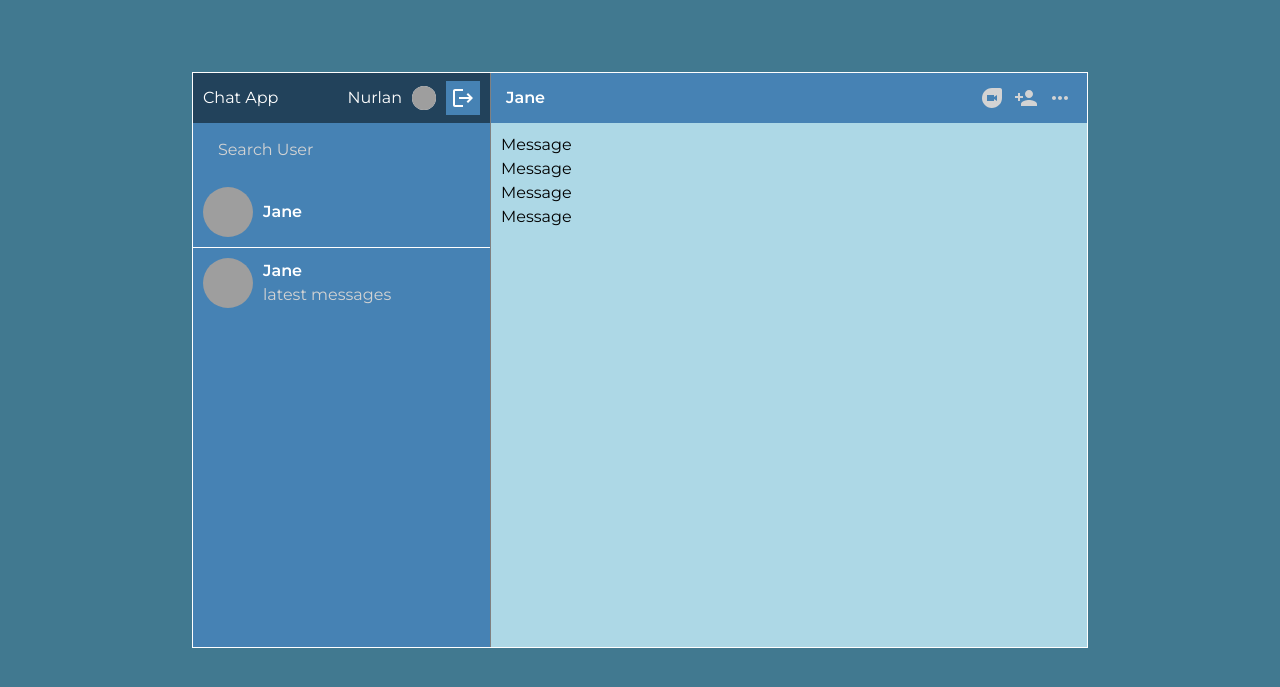
Repository: Nurlan-Bakenbaev/chat-app
Page: /
An editor plug-in stored every save of this project. The page is shown before and after a run of saves, followed by the edit.
The browser window is 1280 px wide. The pictures show the whole page.
Pictures or frames that could not be fetched are drawn as grey boxes. The project was rebuilt for these pictures with package versions that can differ from the ones it lists, and the page was loaded fresh each time. Also part of the build but not shown: vite.config.js. Imported but missing from the stored project, and not drawn on this page: src/pages/Login.

Above is the page before, as saved 2023-08-19 18:28:46.

### index.html
<!doctype html>
<html lang="en">
  <head>
    <meta charset="UTF-8" />
    <link rel="preconnect" href="https://fonts.googleapis.com">
<link rel="preconnect" href="https://fonts.gstatic.com" crossorigin>
<link href="https://fonts.googleapis.com/css2?family=Montserrat:wght@400;600&display=swap" rel="stylesheet">
    <link rel="icon" type="image/svg+xml" href="/vite.svg" />
    <meta name="viewport" content="width=device-width, initial-scale=1.0" />
    <title>Chat App</title>
  </head>
  <body>
    <div id="root"></div>
    <script type="module" src="/src/main.jsx"></script>
  </body>
</html>

### src/App.jsx
import './style.scss'
import './App.css'
import Login from './pages/Login'
import Home from './pages/Home'

function App() {

  return (
    <div>
    <Home/>
    </div>
  )
}

export default App

### src/style.scss
.formContainer,
.home {
  background: rgb(65, 121, 144);
  height: 100vh;
  display: flex;
  align-items: center;
  justify-content: center;
  font-family: "Montserrat", sans-serif;

  .formWrapper {
    background-color: white;
    padding: 40px 70px;
    border-radius: 20px;
    display: flex;
    flex-direction: column;
    align-items: center;
    gap: 10px;
    .logo {
      font-size: 24px;
      color: steelblue;
      font-weight: bolder;
    }
    .title {
      font-size: 18px;
      color: steelblue;
      font-weight: bolder;
    }
    form {
      display: flex;
      flex-direction: column;
      gap: 15px;

      .fileSvg {
        font-size: 12px;
        color: rgb(103, 103, 103);
        display: flex;
        align-items: center;
        transition: scale 2s ease;
        gap: 5px;
        cursor: pointer;
      }
      .fileSvg:hover {
        transform: scale(1.02);
      }
      input {
        padding: 15px 60px;
        border: none;
        border-bottom: 1px solid pink;
        outline: none;

        &::placeholder {
          color: rgb(178, 178, 178);
        }
      }
      button {
        background-color: steelblue;
        color: white;
        padding: 10px;
        font-weight: bold;
        border: none;
        cursor: pointer;
      }
    }
    p {
      color: rgb(66, 82, 95);
      font-size: 14px;
      margin-top: 10px;
    }
  }
}

.home {
  .container {
    border: 1px solid white;
    width: 70%;
    height: 80%;
    display: grid;
    grid-template-columns: 1fr 2fr;
    overflow: hidden;

    .sidebar {
      flex: 1;
      border-right: 1px solid gray;
      background-color: steelblue;
      color: white;
      .navbar {
        display: flex;
        align-items: center;
        background-color: rgb(34, 66, 91);
        height: 50px;
        justify-content: space-between;
        padding: 10px;
        .logo {
          font-size: bold;
        }
        .user {
          display: flex;
          gap: 10px;
          align-items: center;
        }
        img {
          width: 24px;
          height: 24px;
          background-color: white;
          border-radius: 50%;
          object-fit: cover;
        }

        button {
          background-color: steelblue;
          color: white;
          font-size: 5px;
          border: none;
          cursor: pointer;
          padding: 5px;
          transition: scale 0.3s;
          &:hover {
            transform: scale(1.1);
          }
        }
      }
      .search {
        border-bottom: 1px solid white;

        .searchForm {
          padding: 10px;
          input {
            background-color: transparent;
            outline: none;
            padding: 5px;
            color: white;
            width: 100%;
            border-radius: 10px;
            border: none;

            &::placeholder {
              color: lightgray;
              padding-left: 10px;
            }
          }
        }
      }
      .userChat {
        padding: 10px;
        display: flex;
        align-items: center;
        gap: 10px;
        color: white;
        transition: background-color 0.2s ease-in;
        transition: scale 0.3s ease;

        &:hover {
          transform: scale(1.02);
          background-color: rgb(42, 80, 112);
        }
        img {
          width: 50px;
          height: 50px;
          border-radius: 50%;
          object-fit: cover;
        }
        .userChatInfo {
          span {
            font-style: 18px;
            font-weight: bolder;
          }
          p {
            font-style: 12px;
            color: lightgray;
          }
        }
      }
    }
    .chat {
      flex: 2;
      .chatInfo {
        background-color: steelblue;
        height: 50px;
        display: flex;
        align-items: center;
        justify-content: space-between;
        padding: 15px;
        color: white;

        span {
          font-weight: bold;
        }

        .chatIcons {
          display: flex;
          gap: 10px;
          color: white;
        }
        .chatIcons svg {
          color: rgb(211, 211, 211);
          cursor: pointer;
          transition: scale 0.2s ease-in;
          &:hover {
            transform: scale(1.2);
          }
        }
      }
      .messages {
        background-color: lightblue;
        padding: 10px;
        height: 100%;
      }
      .input{
        height: 50px;
        background-color: lightgrey;
      }
    }
  }
}

### src/pages/Home.jsx
import React from 'react'
import SideBar from '../components/SideBar'
import Chat from '../components/Chat'



const Home = () => {
  return (
    <div className='home'>
      <div className="container">
        <SideBar/>
        <Chat/>

      </div>
    </div>
  )
}

export default Home

### src/components/SideBar.jsx
import React from "react";
import Navbar from "./Navbar";
import Search from "./Search";
import Chats from "./Chats";




const SideBar = () => {
  return (
    <div className="sidebar">
      <Navbar />
      <Search/>
      <Chats/>
    </div>
  );
};

export default SideBar;

### src/components/Chat.jsx
import React from "react";
import DuoIcon from "@mui/icons-material/Duo";
import PersonAddIcon from "@mui/icons-material/PersonAdd";
import MoreHorizIcon from "@mui/icons-material/MoreHoriz";
import Messages from "./Messages";
import Input from "./Input";
const Chat = () => {
  return (
    <div className="chat">
      <div className="chatInfo">
        <span>Jane</span>
        <div className="chatIcons">
          <DuoIcon />
          <PersonAddIcon />
          <MoreHorizIcon />
        </div>
      </div>
      <Messages />
      <Input/>
    </div>
  );
};

export default Chat;

### src/components/Navbar.jsx
import React from "react";
import LogoutIcon from '@mui/icons-material/Logout';
const Navbar = () => {
  return (
    <div className="navbar">
      <span className="logo">Chat App</span>
      <div className="user">
        <span>Nurlan</span>
         <img src="https://images.pexels.com/photos/5197322/pexels-photo-5197322.jpeg?auto=compress&cs=tinysrgb&w=1260&h=750&dpr=2" alt="accaunt-photo" />
        <button><LogoutIcon/></button>
      </div>
    </div>
  );
};

export default Navbar;

### src/components/Search.jsx
import React from 'react'
import SearchIcon from '@mui/icons-material/Search';
const Search = () => {
  return (
    <div className='search'>
      <div className='searchForm'>
        <input type="text"placeholder='Search User' />
      </div>
      <div className='userChat'>
        <img src="https://images.pexels.com/photos/5971330/pexels-photo-5971330.jpeg?auto=compress&cs=tinysrgb&w=1260&h=750&dpr=2" alt="User-img" />
      <div className="userChatInfo">
        <span>Jane</span>
      </div>
      </div>
    </div>
  )
}

export default Search

### src/components/Chats.jsx
import React from 'react'

const Chats = () => {
  return (
    <div className='chats'>
     <div className='userChat'>
        <img src="https://images.pexels.com/photos/5971330/pexels-photo-5971330.jpeg?auto=compress&cs=tinysrgb&w=1260&h=750&dpr=2" alt="User-img" />
      <div className="userChatInfo">
        <span>Jane</span>
        <p>latest messages</p>
      </div>
      </div>
    </div>
  )
}

export default Chats

### src/components/Messages.jsx
import React from 'react'
import Message from './Message'
const Messages = () => {
  return (
    <div className='messages'>
      <Message/>
      <Message/>
      <Message/>
      <Message/>
    </div>
  )
}

export default Messages

### src/components/Input.jsx
import React from 'react'

const Input = () => {
  return (
    <div className='input'>Input</div>
  )
}

export default Input

Loaded but not shown: src/main.jsx (common file); src/index.css (common file); src/App.css (common file); src/components/Message.jsx (common file); tailwind.config.js (common file)

After the next 5 saves:
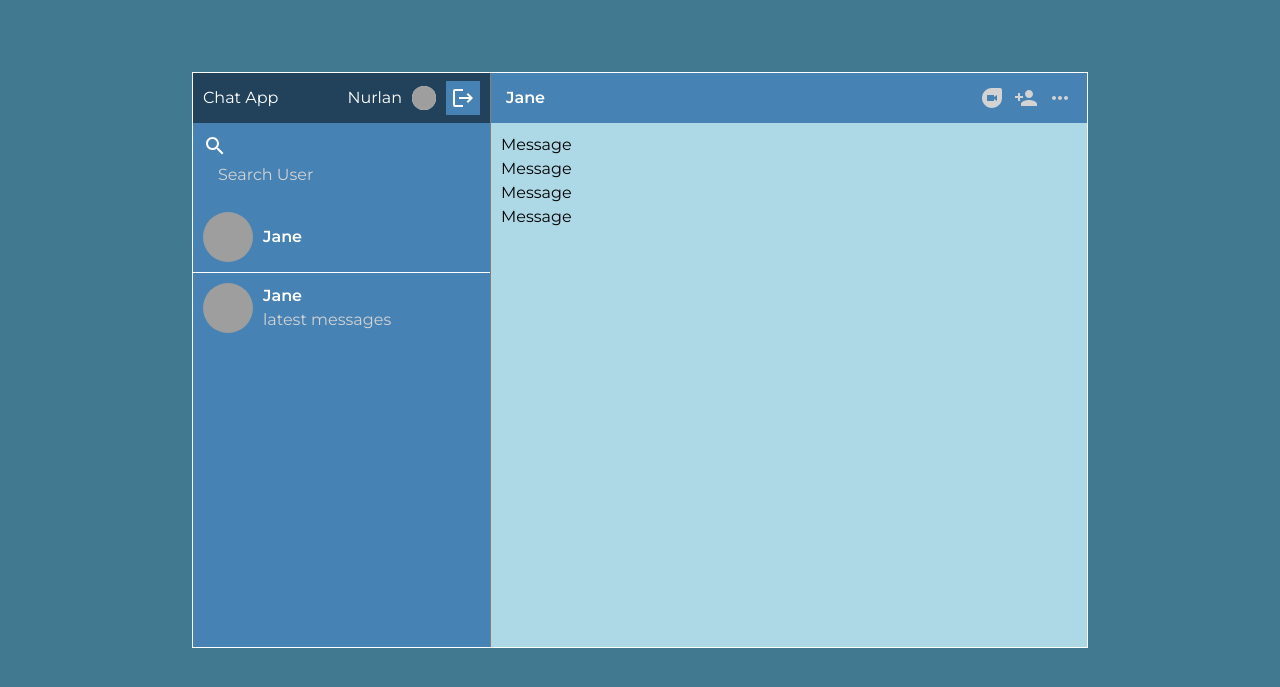
The 5 saves are shown as one change because they came seconds apart.
The last was saved 25 s later.
--- a/src/components/Search.jsx
+++ b/src/components/Search.jsx
@@ -4,6 +4,7 @@ const Search = () => {
   return (
     <div className='search'>
       <div className='searchForm'>
+      <SearchIcon/>
         <input type="text"placeholder='Search User' />
       </div>
       <div className='userChat'>
